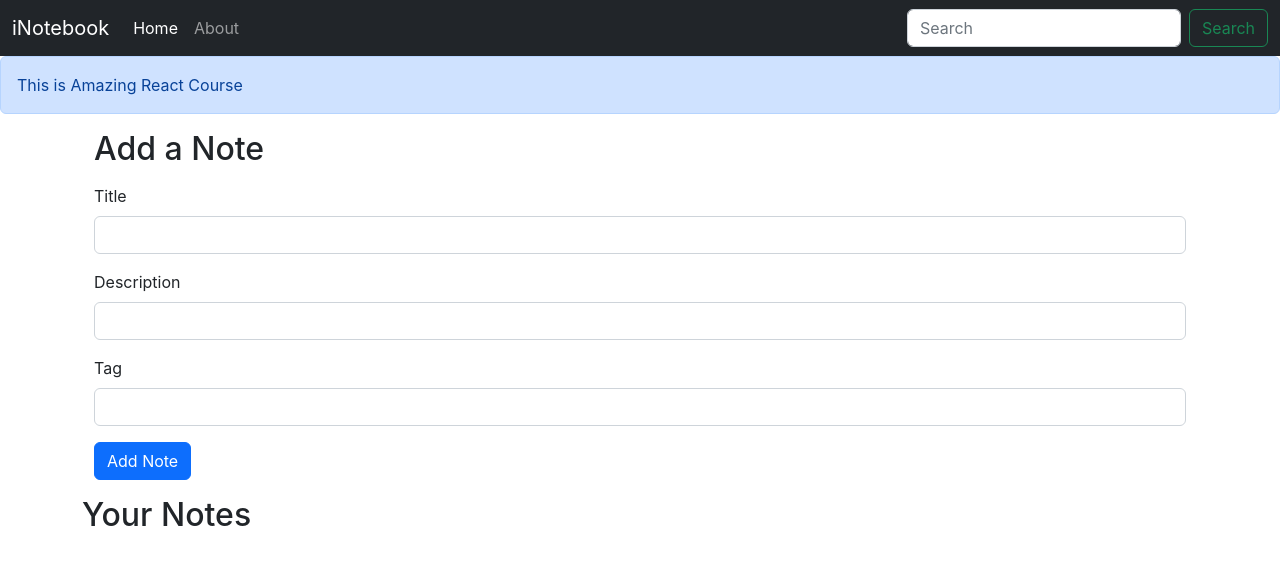
Repository: SatishPatil108/iNotebook-React
Page: /
An editor plug-in stored every save of this project. The page is shown before and after the next save, followed by the edit.
The browser window is 1280 px wide. The pictures show the whole page.
The page's requests for data from a server got no answer. Some web libraries are served in a nearby version. The project was rebuilt for these pictures with package versions that can differ from the ones it lists, and the page was loaded fresh each time. No one was signed in, and anything a server would have sent is missing. Also part of the build but not shown: src/App.css, src/components/Noteitem.js, src/components/About.js.

Above is the page before, as saved 2022-07-28 22:30:16.

After the next save:
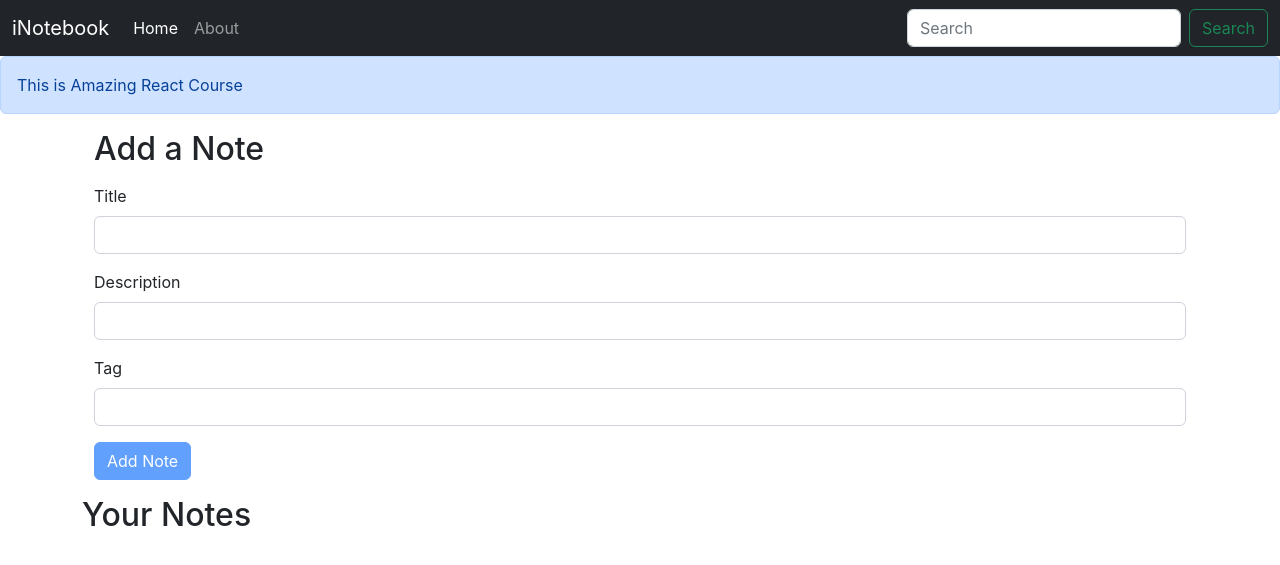
Saved 3 min 4 s later.
--- a/src/components/AddNote.js
+++ b/src/components/AddNote.js
@@ -34,7 +34,7 @@
                         <input type="text" className="form-control" id="tag" name="tag" onChange={onChange} />
                     </div>
 
-                    <button type="submit" className="btn btn-primary" onClick={handleClick}>Add Note</button>
+                    <button disabled={note.title.length < 5 || note.description.length < 5} type="submit" className="btn btn-primary" onClick={handleClick}>Add Note</button>
                 </form>
             </div>
         </div>

After the save that followed:
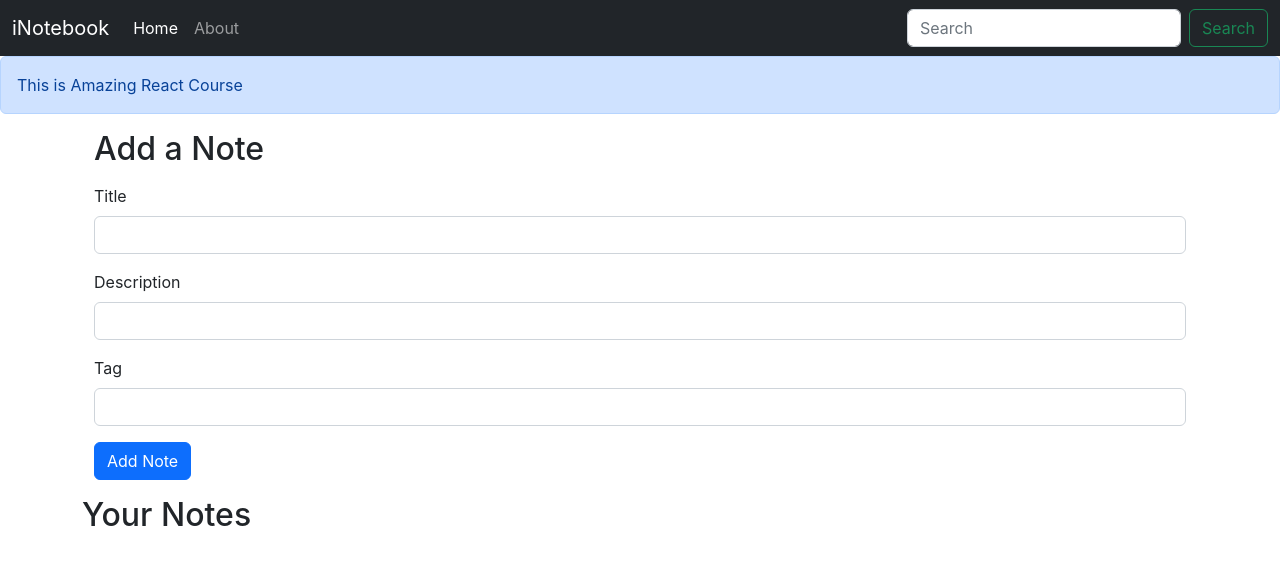
Saved 96 s later.
--- a/src/components/AddNote.js
+++ b/src/components/AddNote.js
@@ -34,7 +34,7 @@
                         <input type="text" className="form-control" id="tag" name="tag" onChange={onChange} />
                     </div>
 
-                    <button disabled={note.title.length < 5 || note.description.length < 5} type="submit" className="btn btn-primary" onClick={handleClick}>Add Note</button>
+                    <button type="submit" className="btn btn-primary" onClick={handleClick}>Add Note</button>
                 </form>
             </div>
         </div>
